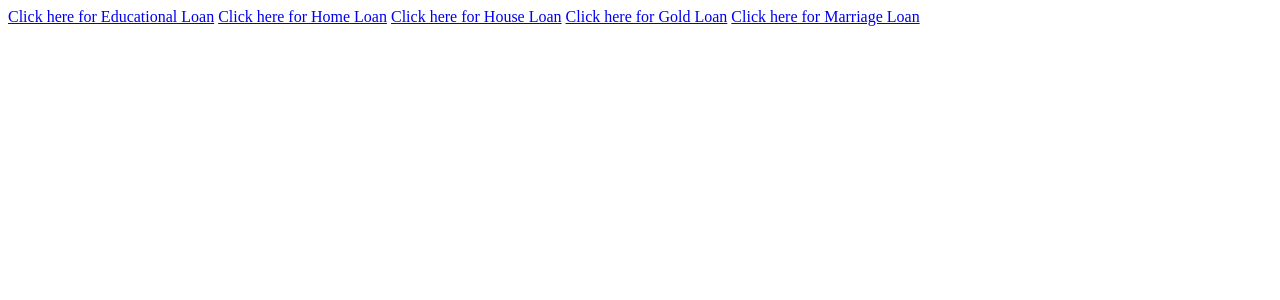
Repository: KGDarshan/BankApplication
Page: CaravanBanking/WebContent/ApplyLoan.html
These files come from the project's save history. The page is drawn as it stood at one moment and after the next save; the edit follows.
The browser window is 1280 px wide. The pictures show the whole page.

Above is the page before, as saved 2020-10-10 02:47:26.

### CaravanBanking/WebContent/ApplyLoan.html
<!DOCTYPE html>
<html>
<head>
<meta charset="ISO-8859-1">
<title>Loan Page</title>
</head>
<body>

<a href="Loan">Click here for Educational Loan</a>
<a href="Loan">Click here for Home Loan</a>
<a href="Loan">Click here for House Loan</a>
<a href="Loan">Click here for Gold Loan</a>
<a href="Loan">Click here for Marriage Loan</a>

</body>
</html>

After the next save:
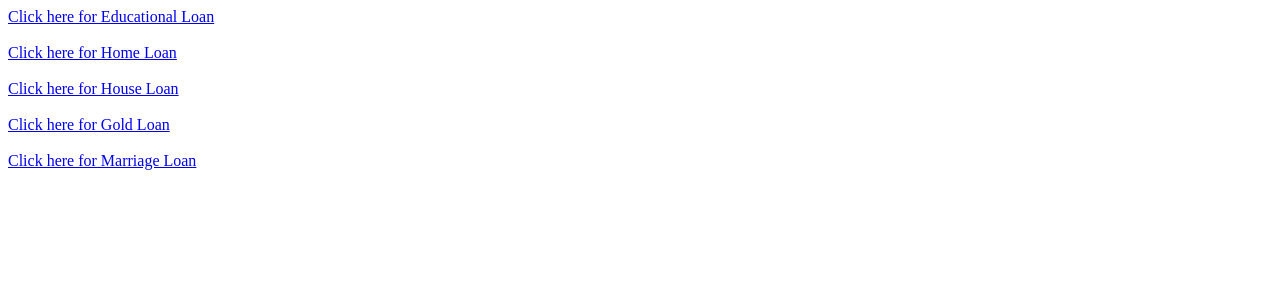
Saved 18 s later.
--- a/CaravanBanking/WebContent/ApplyLoan.html
+++ b/CaravanBanking/WebContent/ApplyLoan.html
@@ -6,11 +6,11 @@
 </head>
 <body>
 
-<a href="Loan">Click here for Educational Loan</a>
-<a href="Loan">Click here for Home Loan</a>
-<a href="Loan">Click here for House Loan</a>
-<a href="Loan">Click here for Gold Loan</a>
-<a href="Loan">Click here for Marriage Loan</a>
+<a href="Loan">Click here for Educational Loan</a><br><br>
+<a href="Loan">Click here for Home Loan</a><br><br>
+<a href="Loan">Click here for House Loan</a><br><br>
+<a href="Loan">Click here for Gold Loan</a><br><br>
+<a href="Loan">Click here for Marriage Loan</a><br><br>
 
 </body>
 </html>
